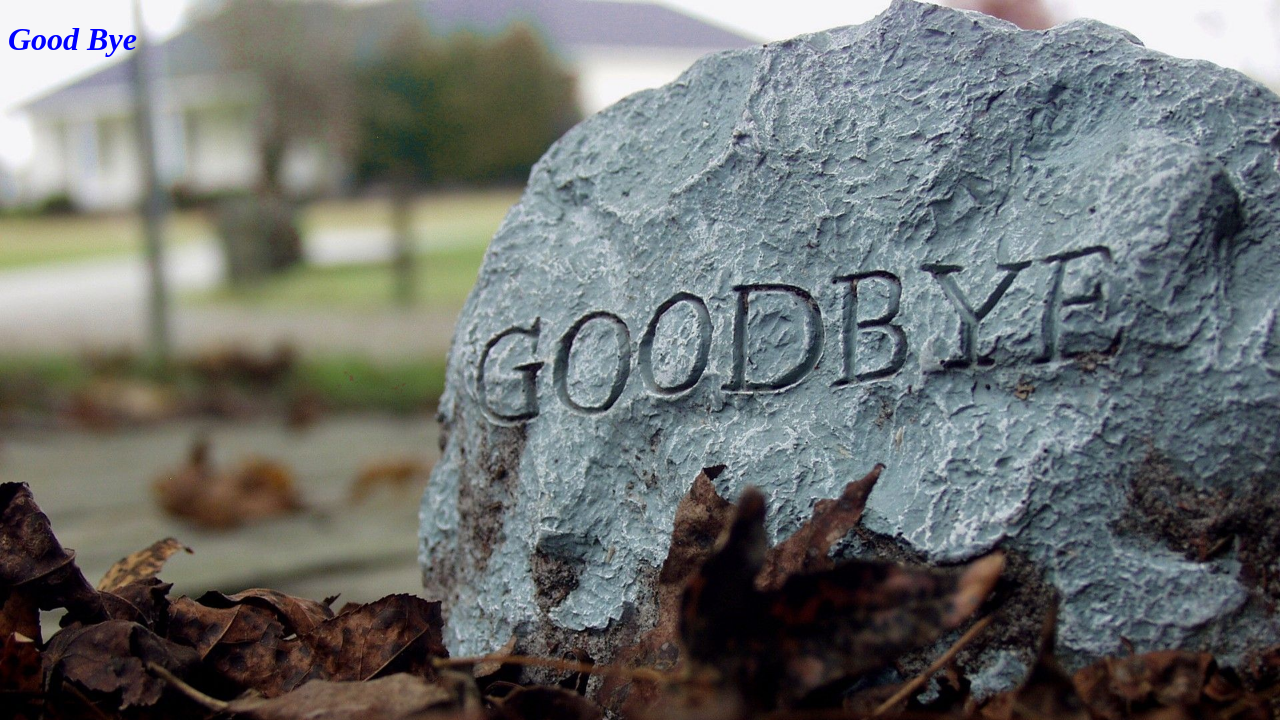
Repository: AJEET006/AdvanceJava-DSA
Page: ADVANCE_JAVA/HW_Example/WebContent/GoodBye.html
The author's editor kept a copy of each file at every save. The page is drawn from the files as they stood at one save, then again after the next save.
The browser window is 1280 px wide. The page is 1288 px wide, so the pictures cover 1288 px, including what lies to the right of the window. The pictures show the whole page.

Above is the page before, as saved 2022-06-21 18:02:53.

After the next save:
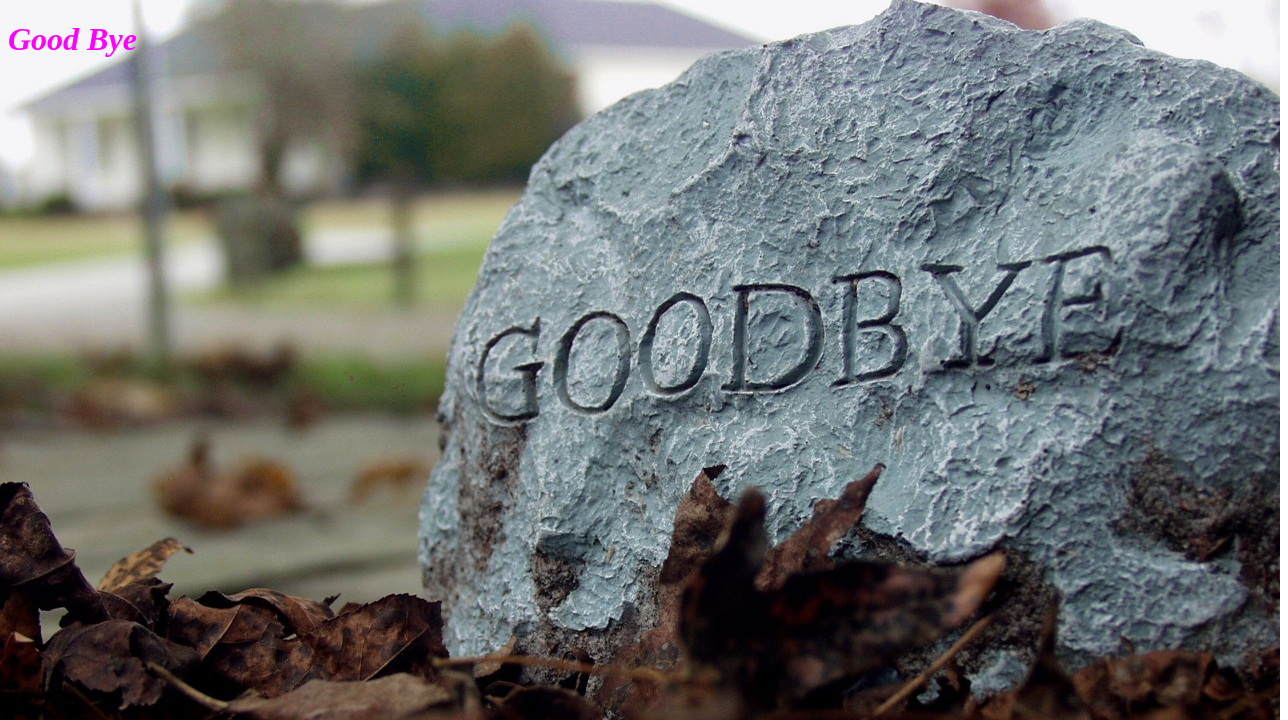
Saved 23 min 23 s later.
--- a/ADVANCE_JAVA/HW_Example/WebContent/GoodBye.html
+++ b/ADVANCE_JAVA/HW_Example/WebContent/GoodBye.html
@@ -10,7 +10,7 @@
 </head>
 
 <body>
-	<font color="blue">
+	<font color="magenta">
 	<h1>
 
 	<strong><i><a>Good Bye</a></i></strong>
